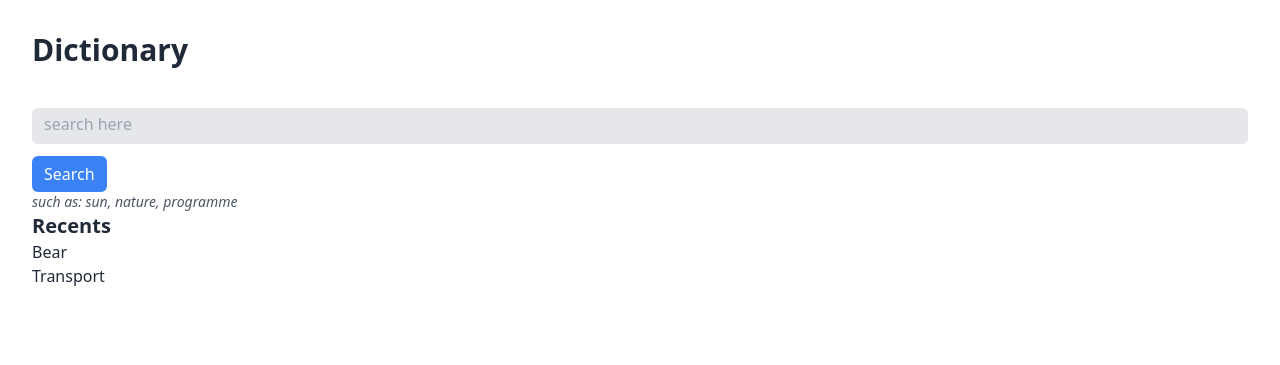
Repository: imokha01/dictionary-app
Page: /
These files come from the project's save history. The page is drawn as it stood at one moment and after a run of saves; the edit follows.
The browser window is 1280 px wide. The pictures show the whole page.
The page's requests for data from a server got no answer. The project was rebuilt for these pictures with package versions that can differ from the ones it lists, and the page was loaded fresh each time. No one was signed in, and anything a server would have sent is missing. Also part of the build but not shown: vite.config.js, src/App.css.

Above is the page before, as saved 2024-02-19 11:18:51.

### src/App.jsx
import { useState } from 'react'
import './App.css'
import { Route, Routes, } from 'react-router-dom'
import Home from './pages/Home'



function App() {
  const [count, setCount] = useState(0)

  return (
    <>
      <Routes>
          <Route path='/' element={<Home/>}/>
      </Routes>
    </>
  )
}

export default App

### src/index.css
@tailwind base;
@tailwind components;
@tailwind utilities;

#root {
  margin: 0 auto;
  padding: 2rem;
  /* text-align: center; */
}

### src/pages/Home.jsx
import { useEffect, useState } from "react"
import axios from "axios";

const Home = () => {
    const [input, setInput] = useState("");
    const [data, setData] = useState([]);


    useEffect(() => {
        axios
            .get(`https://api.dictionaryapi.dev/api/v2/entries/en/${input}`)
            .then(res => setData(res.data))
            .catch(err => console.log(err))
    }, [input]);

    const handleChange = (e) => {
        console.log(e.target.value);
        setInput(e.target.value);
    }

    return (
        <div>
            <div className="flex flex-col justify-between h-full gap-10">
                <h1 className="text-3xl  font-semibold">Dictionary</h1>
                <div className="flex flex-col">
                    <input className="bg-gray-200 rounded-md h-9 pl-3 pb-1 mb-3" type="text" placeholder="search here" />
                    <button className="bg-blue-500 text-white rounded-md px-3 py-1.5 w-fit">Search</button>
                    <i className="text-gray-600 text-sm">such as: sun, nature, programme</i>
                </div>
            </div>
            <div>
                <h2 className="text-xl font-semibold">Recents</h2>
                <ul>
                    <li>Bear</li>
                    <li>Transport</li>
                </ul>
            </div>
        </div>

    )
}

export default Home

### tailwind.config.js
/** @type {import('tailwindcss').Config} */
import daisyui from 'daisyui';
export default {
  content: [
    "./index.html",
    "./src/**/*.{js,ts,jsx,tsx}",
  ],
  theme: {
    extend: {},
  },
  plugins: [daisyui],
};

Loaded but not shown: index.html (common file); src/main.jsx (common file)

After the next 2 saves:
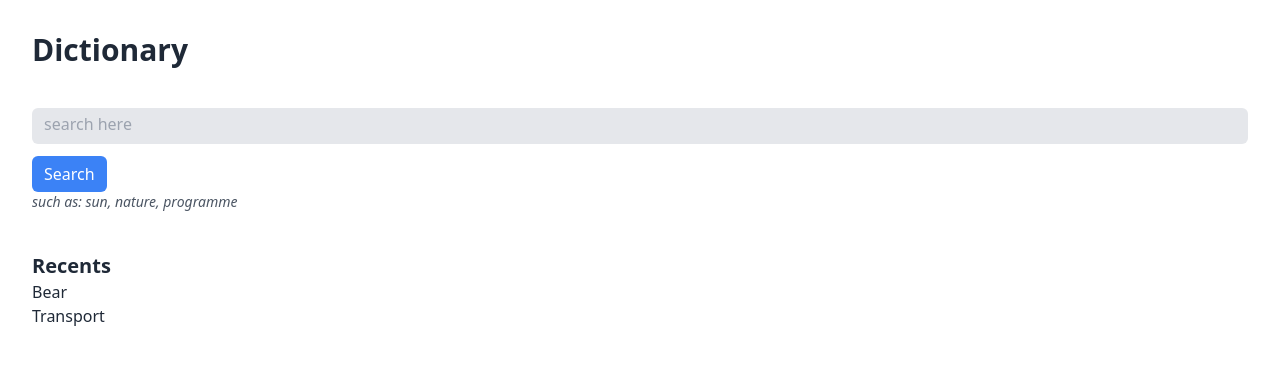
The 2 saves are shown as one change because 1 did not build or start.
The last was saved 102 s later.
--- a/src/pages/Home.jsx
+++ b/src/pages/Home.jsx
@@ -19,7 +19,7 @@ const Home = () => {
     }
 
     return (
-        <div>
+        <div className="flex flex-col justify-between h-full gap-10">
             <div className="flex flex-col justify-between h-full gap-10">
                 <h1 className="text-3xl  font-semibold">Dictionary</h1>
                 <div className="flex flex-col">
